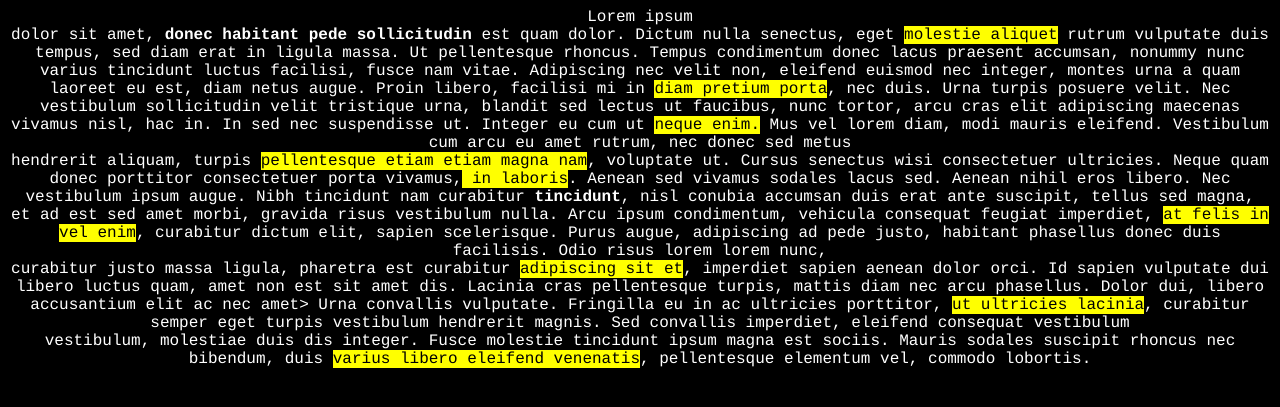
Repository: diasm568/diasm568.github.io
Page: lab/composition.html
The author's editor kept a record of every edit. The page is drawn from the files as they stood at one moment, then again after the next edit.
The browser window is 1280 px wide. The pictures show the whole page.

Above is the page before.

After the next edit:
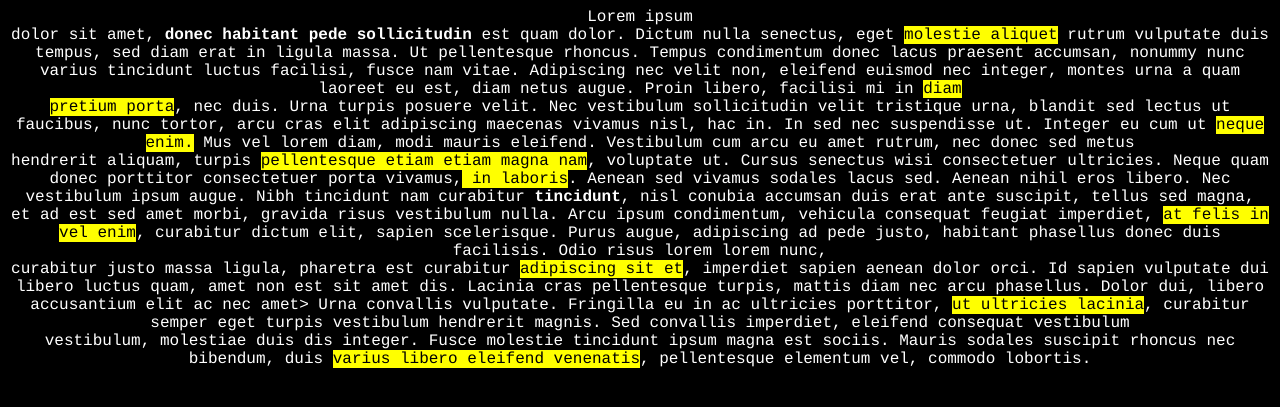
The edit:
--- a/lab/composition.html
+++ b/lab/composition.html
@@ -2,7 +2,7 @@
 <body bgcolor="black">
 <font color="white">
 <font face="courier" color="white">
-Lorem ipsum <br> dolor sit amet, <strong>donec habitant pede sollicitudin</strong> est quam dolor. Dictum nulla senectus, eget <mark>molestie aliquet</mark> rutrum vulputate duis tempus, sed diam erat in ligula massa. Ut pellentesque rhoncus. Tempus condimentum donec lacus praesent accumsan, nonummy nunc varius tincidunt luctus facilisi, fusce nam vitae. Adipiscing nec velit non, eleifend euismod nec integer, montes urna a quam laoreet eu est, diam netus augue. Proin libero, facilisi mi in <mark> diam pretium porta</mark>, nec duis. Urna turpis posuere velit. Nec vestibulum sollicitudin velit tristique urna, blandit sed lectus ut faucibus, nunc tortor, arcu cras elit adipiscing maecenas vivamus nisl, hac in. In sed nec suspendisse ut.
+Lorem ipsum <br> dolor sit amet, <strong>donec habitant pede sollicitudin</strong> est quam dolor. Dictum nulla senectus, eget <mark>molestie aliquet</mark> rutrum vulputate duis tempus, sed diam erat in ligula massa. Ut pellentesque rhoncus. Tempus condimentum donec lacus praesent accumsan, nonummy nunc varius tincidunt luctus facilisi, fusce nam vitae. Adipiscing nec velit non, eleifend euismod nec integer, montes urna a quam laoreet eu est, diam netus augue. Proin libero, facilisi mi in <mark> diam<br> pretium porta</mark>, nec duis. Urna turpis posuere velit. Nec vestibulum sollicitudin velit tristique urna, blandit sed lectus ut faucibus, nunc tortor, arcu cras elit adipiscing maecenas vivamus nisl, hac in. In sed nec suspendisse ut.
 Integer eu cum ut <mark>neque enim.</mark> Mus vel lorem diam, modi mauris eleifend. Vestibulum cum arcu eu amet rutrum, nec donec sed metus<br> hendrerit aliquam, turpis <mark>pellentesque etiam etiam magna nam</mark>, voluptate ut. Cursus senectus wisi consectetuer ultricies. Neque quam donec porttitor consectetuer porta vivamus,<mark> in laboris</mark>. Aenean sed vivamus sodales lacus sed. Aenean nihil eros libero. Nec vestibulum ipsum augue.
 Nibh tincidunt nam curabitur <strong>tincidunt</strong>, nisl conubia accumsan duis erat ante suscipit, tellus sed magna, <br>et ad est sed amet morbi, gravida risus vestibulum nulla. Arcu ipsum condimentum, vehicula consequat feugiat imperdiet, <mark>at felis in vel enim</mark>, curabitur dictum elit, sapien scelerisque. Purus augue, adipiscing ad pede justo, habitant phasellus donec duis facilisis. Odio risus lorem lorem nunc, <br>curabitur justo massa ligula, pharetra est curabitur <mark>adipiscing sit et</mark>, imperdiet sapien aenean dolor orci. Id sapien vulputate dui libero luctus quam, amet non est sit amet dis. Lacinia cras pellentesque turpis, mattis diam nec arcu phasellus. Dolor dui, libero accusantium elit ac nec amet>
 Urna convallis vulputate. Fringilla eu in ac ultricies porttitor, <mark>ut ultricies lacinia</mark>, curabitur semper eget turpis vestibulum hendrerit magnis. Sed convallis imperdiet, eleifend consequat vestibulum <br>vestibulum, molestiae duis dis integer. Fusce molestie tincidunt ipsum magna est sociis. Mauris sodales suscipit rhoncus nec bibendum, duis <mark>varius libero eleifend venenatis</mark>, pellentesque elementum vel, commodo lobortis.
